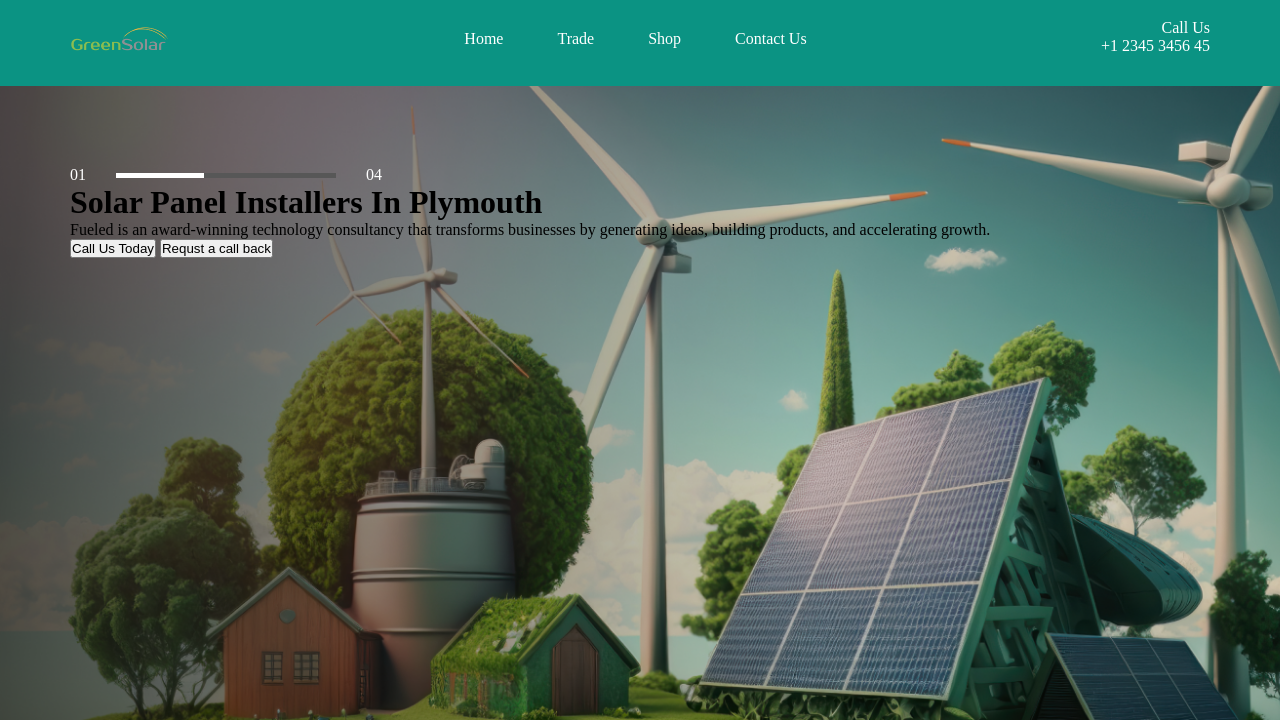
Repository: zeinawady/Solar-Company-Template
Page: index.html
The author's editor kept a copy of each file at every save. The page is drawn from the files as they stood at one save, then again after the next save.
The browser window is 1280 px wide. The pictures show the whole page.

Above is the page before, as saved 2024-09-17 17:09:56.

After the next save:
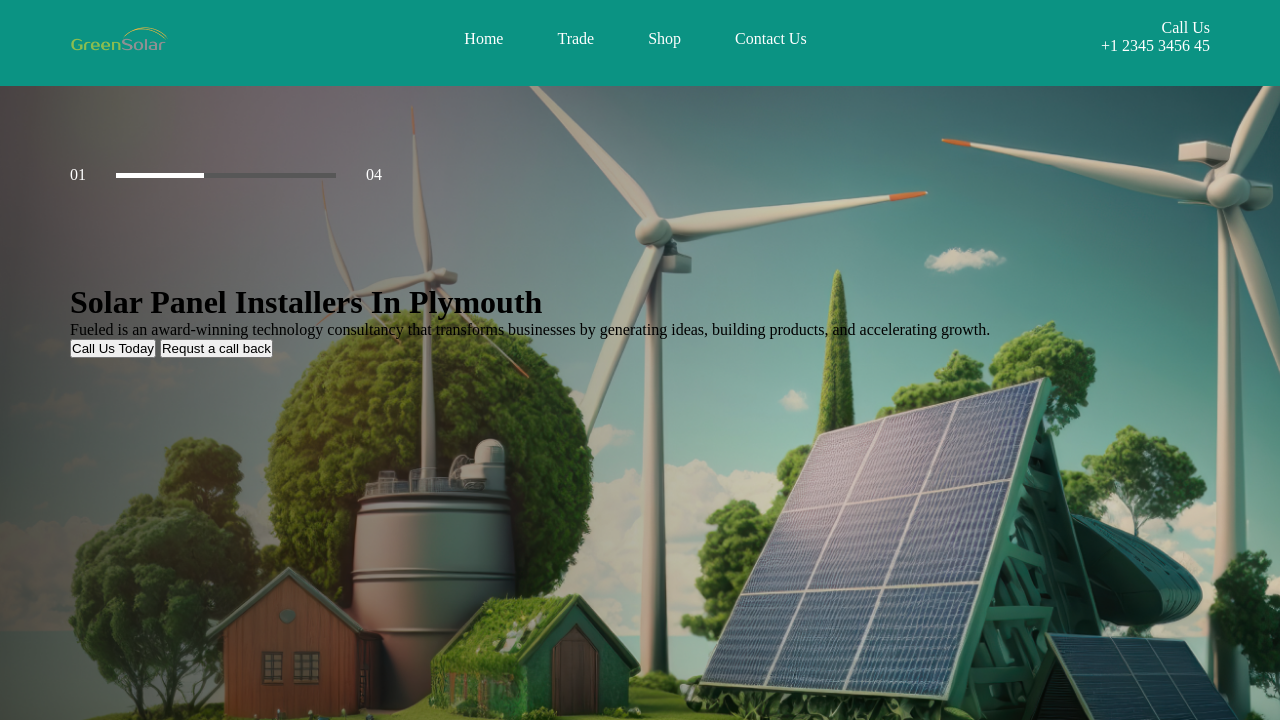
Saved 5 s later.
--- a/css/style.css
+++ b/css/style.css
@@ -121,7 +121,7 @@ align-items: flex-end;
 .progress-container{
     display: flex;
     align-items: center;
-    padding-bottom: ;
+    padding-bottom: 100px;
 }
 .progress-container span{
     color: white;
